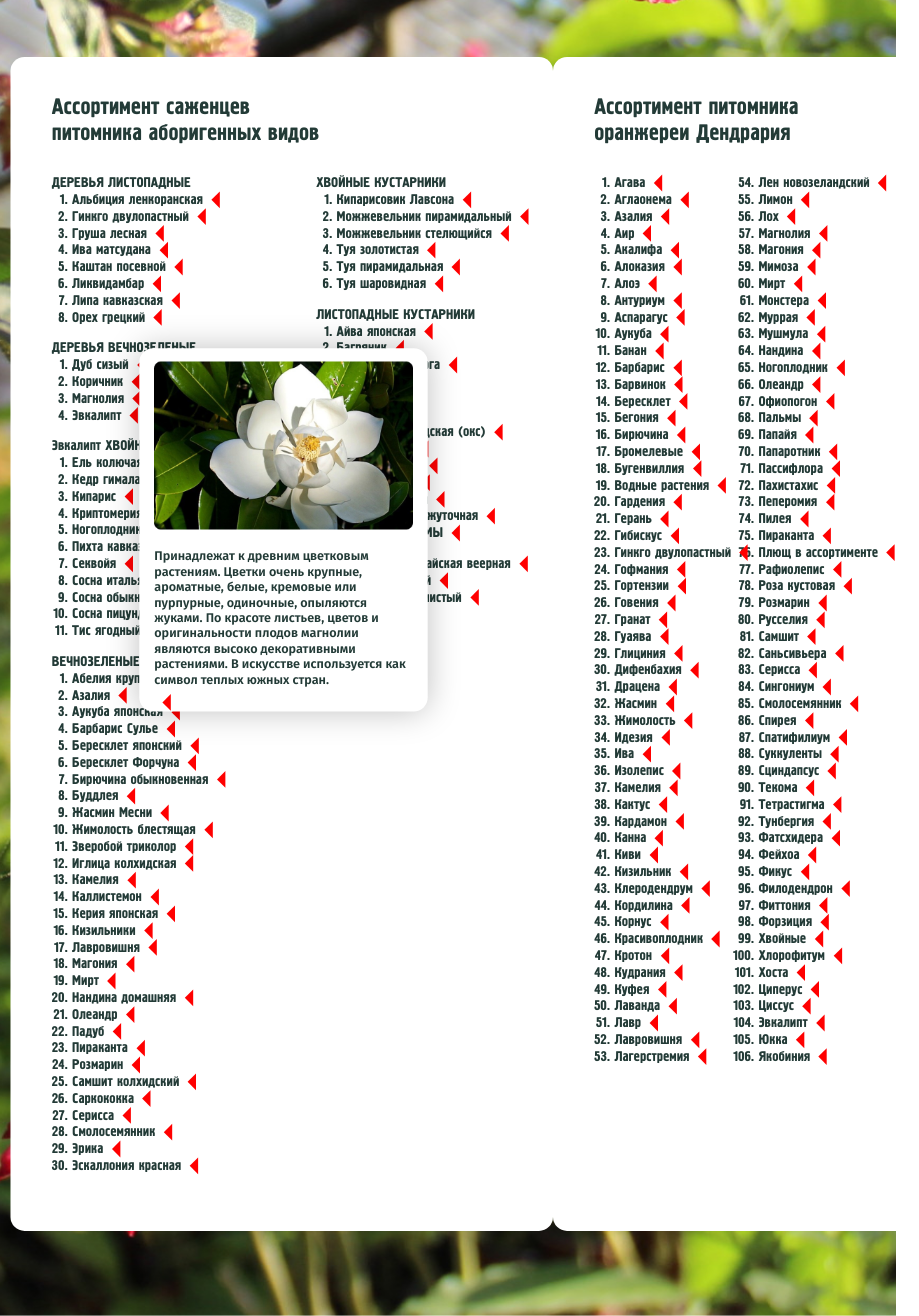
Repository: sem1103/np-sochi
Page: index.html
These files come from the project's save history. The page is drawn as it stood at one moment and after the next save; the edit follows.
The browser window is 1280 px wide. The page is 1313 px wide, so the pictures cover 1313 px, including what lies to the right of the window. The pictures show the part of the page from y = 718 to 2598 px (the page is 2598 px tall), at 70% of full size.

Above is the page before, as saved 2024-01-17 23:07:05.

After the next save:
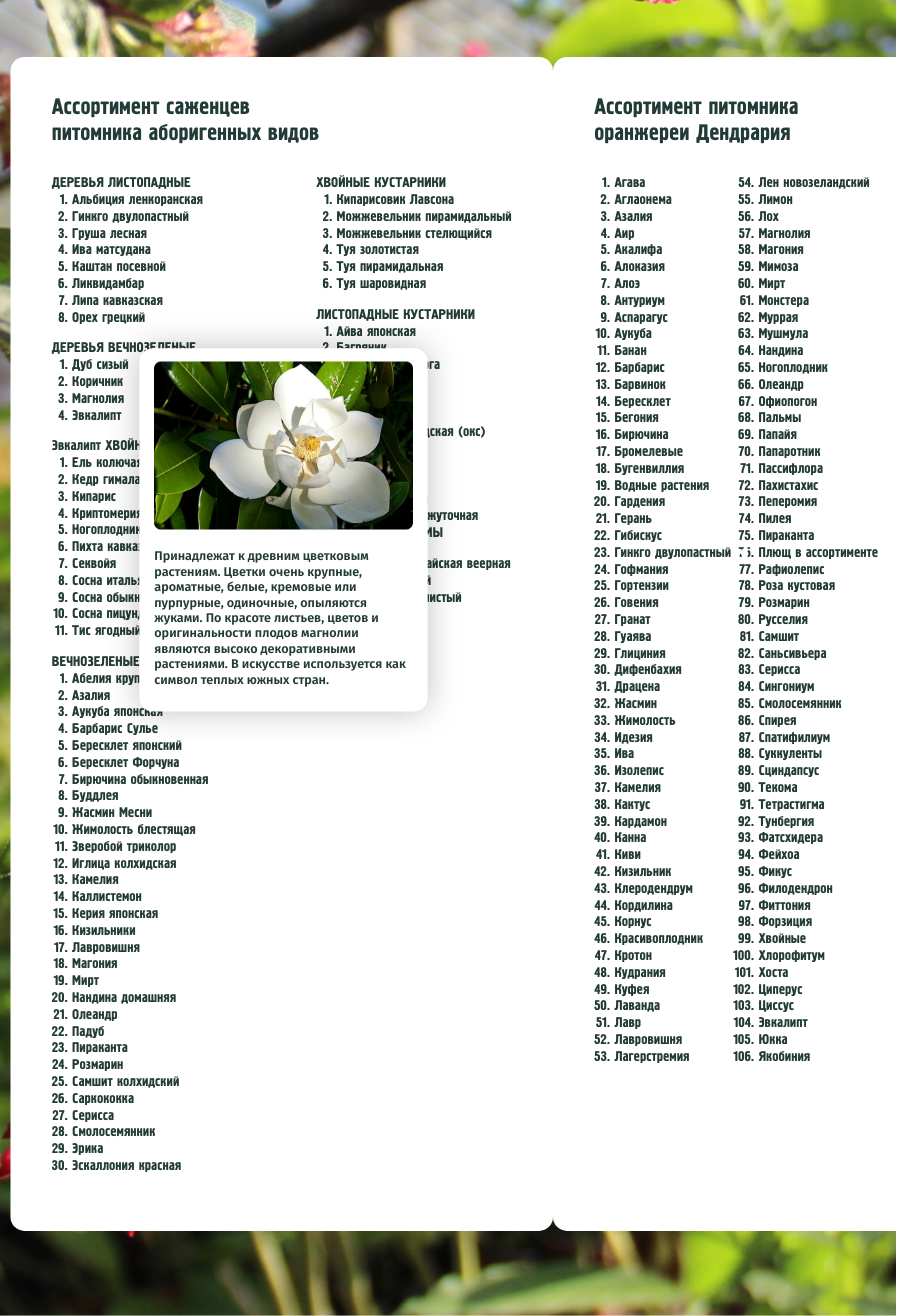
Saved 19 s later.
--- a/styles/main.css
+++ b/styles/main.css
@@ -101,7 +101,7 @@ ol div::after{
     content: '';
     position: absolute;
     border: 12px solid transparent;
-    border-right-color: red;
+    border-right-color: #fff;
 }
 .left__items{
     margin: 0 10px 0 0;
